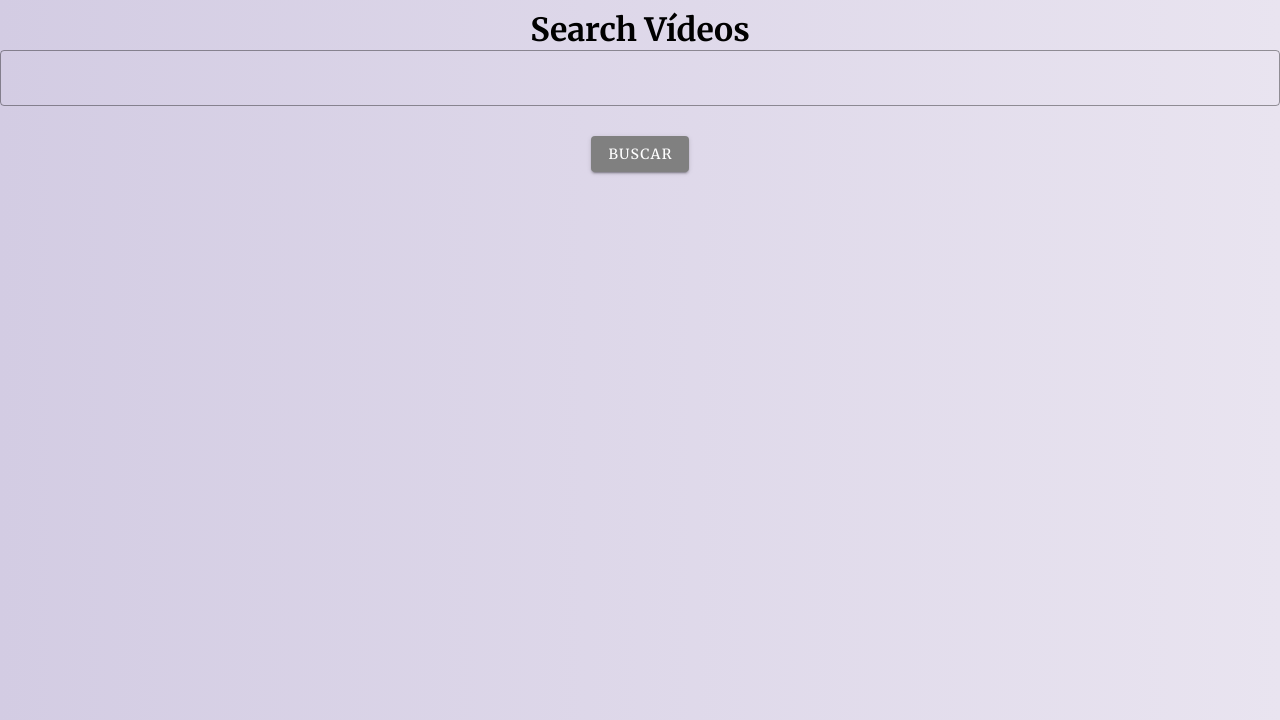
Repository: LucianoBitt/testVertex
Page: /
An editor plug-in stored every save of this project. The page is shown before and after a run of saves, followed by the edit.
The browser window is 1280 px wide. The pictures show the whole page.
The project was rebuilt for these pictures with package versions that can differ from the ones it lists, and the page was loaded fresh each time. Also part of the build but not shown: vue.config.js, src/plugins/api/conectApi.js, src/plugins/mixins/MixinBuscaApi.js, src/style/app.styl, src/style/resetStyles.styl, src/components/Dialogo.vue.

Above is the page before, as saved 2024-01-18 16:33:58.

After the next 2 saves:
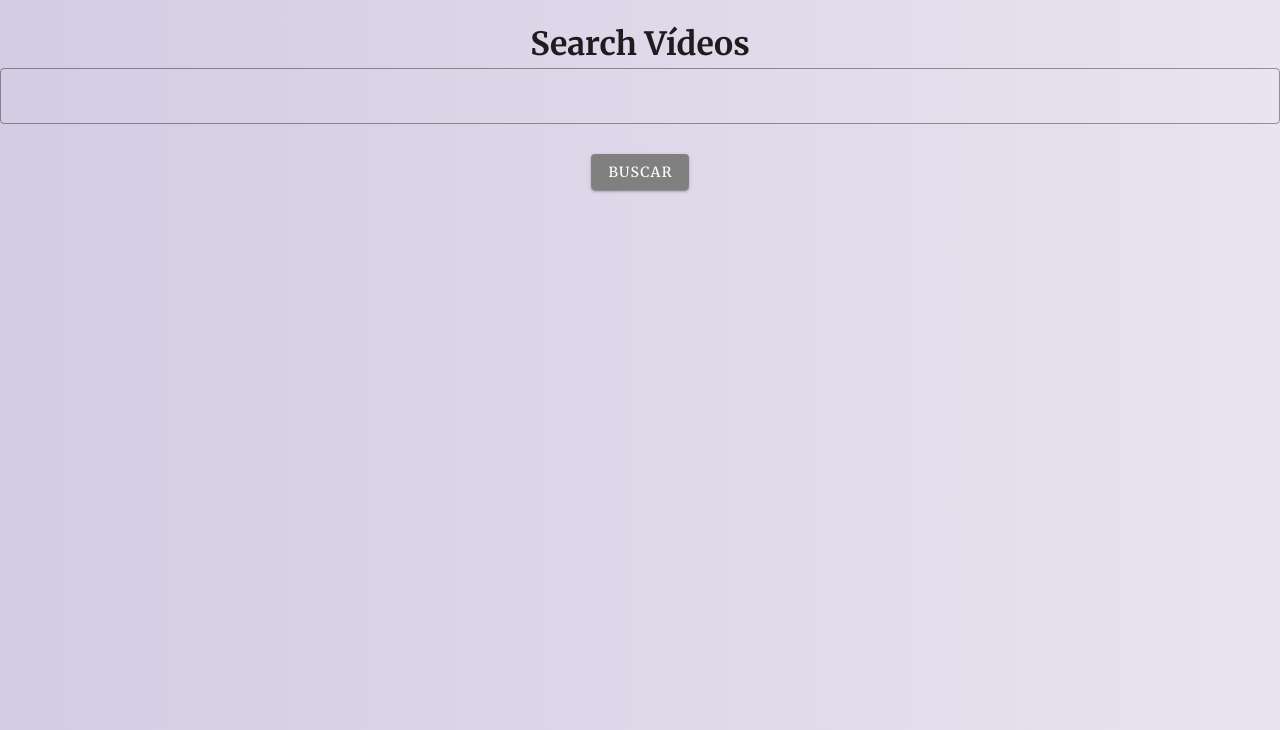
The 2 saves are shown as one change because 1 did not build or start.
The last was saved 97 s later.
--- a/src/App.vue
+++ b/src/App.vue
@@ -1,26 +1,28 @@
 <template>
-  <div id="app">
-    <h1>
-      Search Vídeos
-    </h1>
-    <v-text-field type="text" outlined v-model="input"/>
-    <v-btn dark color="#808080" @click="searchVideos">Buscar</v-btn>
+  <v-app>
+    <div id="app">
+      <h1>
+        Search Vídeos
+      </h1>
+      <v-text-field type="text" outlined v-model="input"/>
+      <v-btn dark color="#808080" @click="searchVideos">Buscar</v-btn>
 
-    <div class="container">
-      <Card
-      v-for="{id, snippet} in data.items"
-      :key="`card-${id.videoId}`"
-      :titulo="snippet.title"
-      :subtitulo="snippet.description"
-      imagem="https://blog.oriontec.com.br/wp-content/uploads/2022/03/blog_tecnologia.jpg"
-      @clickbutton="detalhes(id.videoId)"
+      <div class="container">
+        <Card
+        v-for="{id, snippet} in data.items"
+        :key="`card-${id.videoId}`"
+        :titulo="snippet.title"
+        :subtitulo="snippet.description"
+        imagem="https://blog.oriontec.com.br/wp-content/uploads/2022/03/blog_tecnologia.jpg"
+        @clickbutton="detalhes(id.videoId)"
+        />
+      </div>
+      <DialogDetalhes
+      :dialog="dialogComponent"
+      @clickbutton="closeDiolog()"
       />
     </div>
-    <DialogDetalhes
-    :dialog="dialogComponent"
-    @clickbutton="closeDiolog()"
-    />
-  </div>
+  </v-app>
 </template>
 <!-- <script>
   import MixinBuscaApi from "@/plugins/mixins/MixinBuscaApi"
